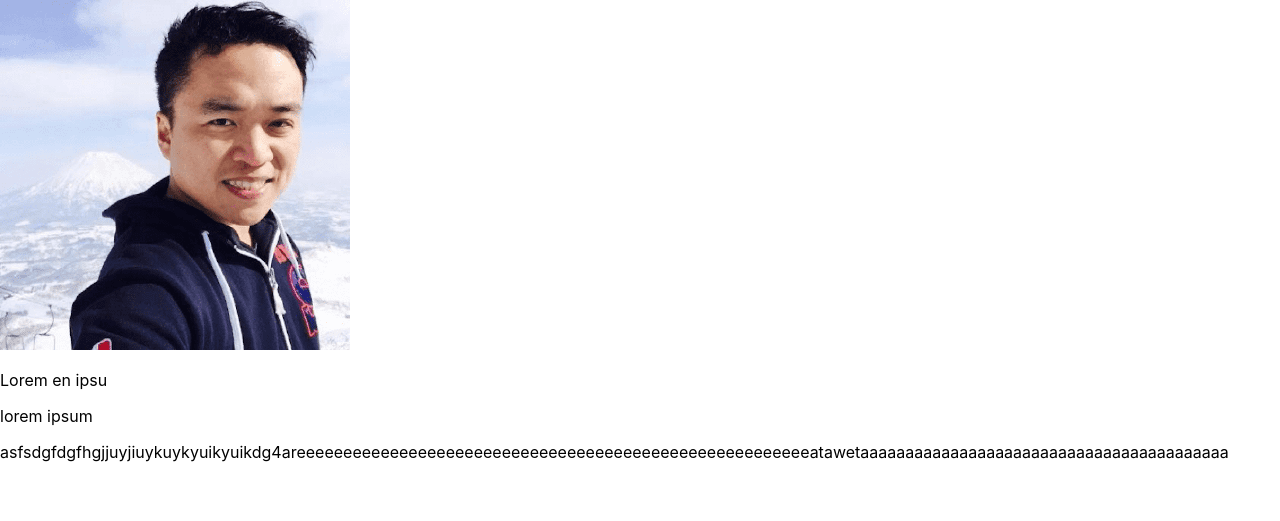
Repository: mvbri/testimonios-free-code
Page: /
These files come from the project's save history. The page is drawn as it stood at one moment and after the next save; the edit follows.
The browser window is 1280 px wide. The pictures show the whole page.
The project was rebuilt for these pictures with package versions that can differ from the ones it lists, and the page was loaded fresh each time. Also part of the build but not shown: src/App.css.

Above is the page before, as saved 2023-01-31 20:23:10.

After the next save:
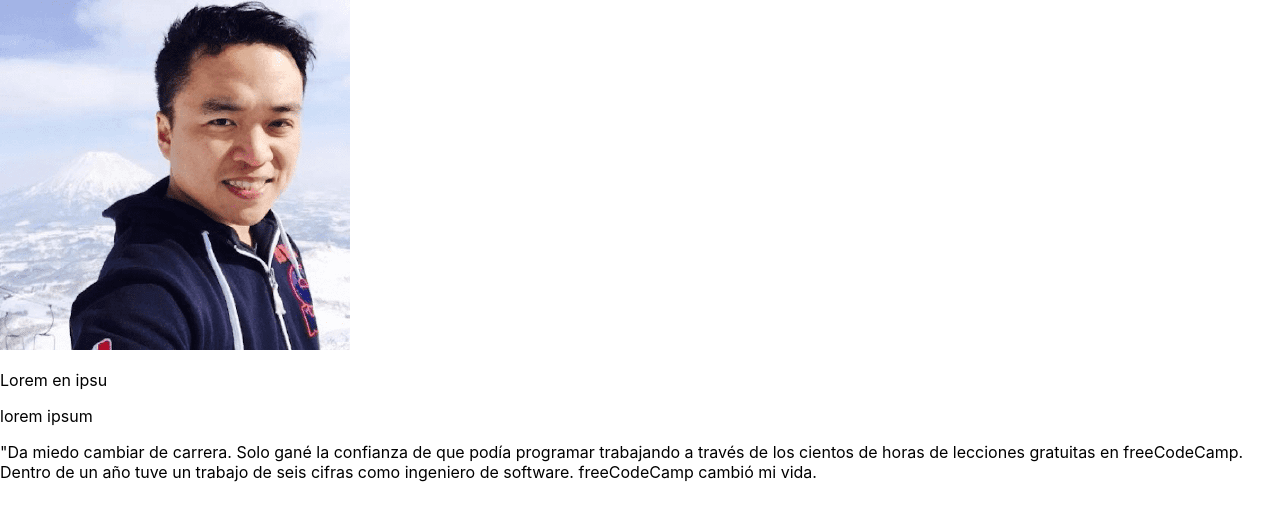
Saved 79 s later.
--- a/src/components/Testimonios.js
+++ b/src/components/Testimonios.js
@@ -13,7 +13,10 @@ function Testimonios() {
 				<p className='name-testimony'>Lorem en ipsu</p>
 				<p className='charhe-name'>lorem ipsum</p>
 				<p className='text-testimony'>
-					asfsdgfdgfhgjjuyjiuykuykyuikyuikdg4areeeeeeeeeeeeeeeeeeeeeeeeeeeeeeeeeeeeeeeeeeeeeeeeeeeeeeeatawetaaaaaaaaaaaaaaaaaaaaaaaaaaaaaaaaaaaaaaaaa
+					"Da miedo cambiar de carrera. Solo gané la confianza de que podía
+					programar trabajando a través de los cientos de horas de lecciones
+					gratuitas en freeCodeCamp. Dentro de un año tuve un trabajo de seis
+					cifras como ingeniero de software. freeCodeCamp cambió mi vida.
 				</p>
 			</div>
 		</div>
